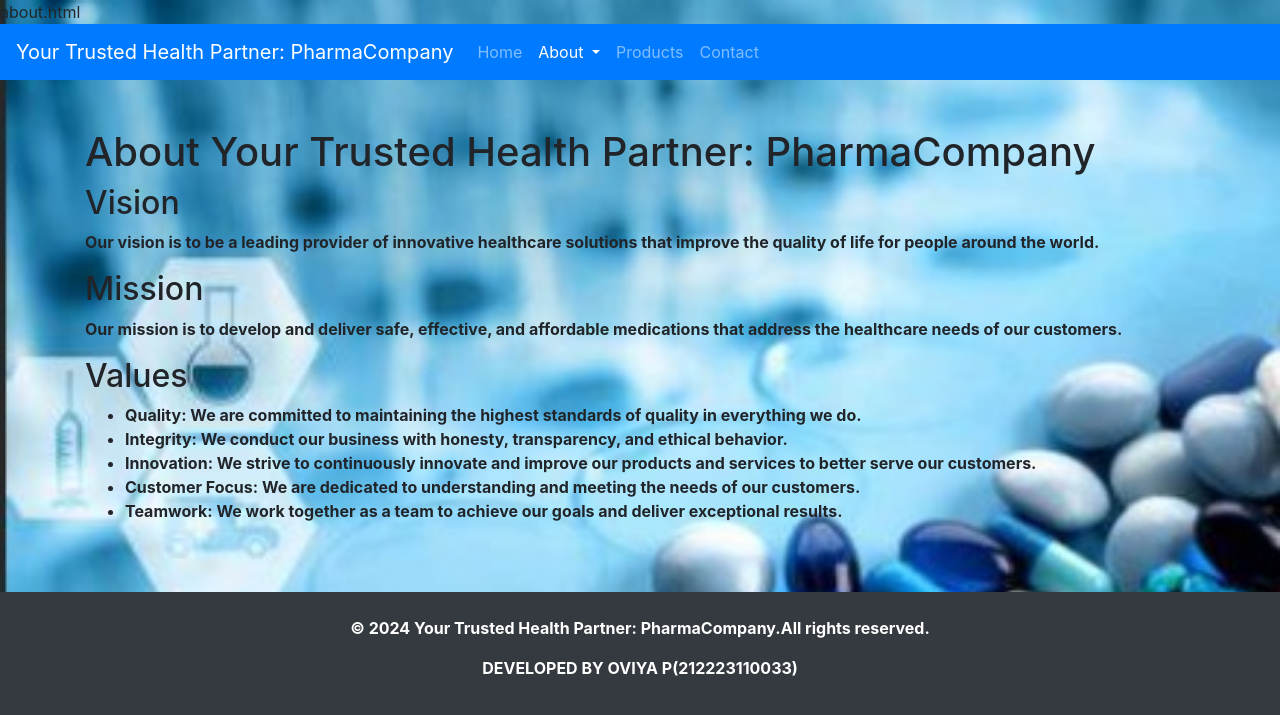
Repository: Oviya24032K6/Pharma
Page: oviya/pharmapp/static/about.html
An editor plug-in stored every save of this project. The page is shown before and after a run of saves, followed by the edit.
The browser window is 1280 px wide. The pictures show the whole page.

Above is the page before, as saved 2024-05-07 08:31:13.

After the next 2 saves:
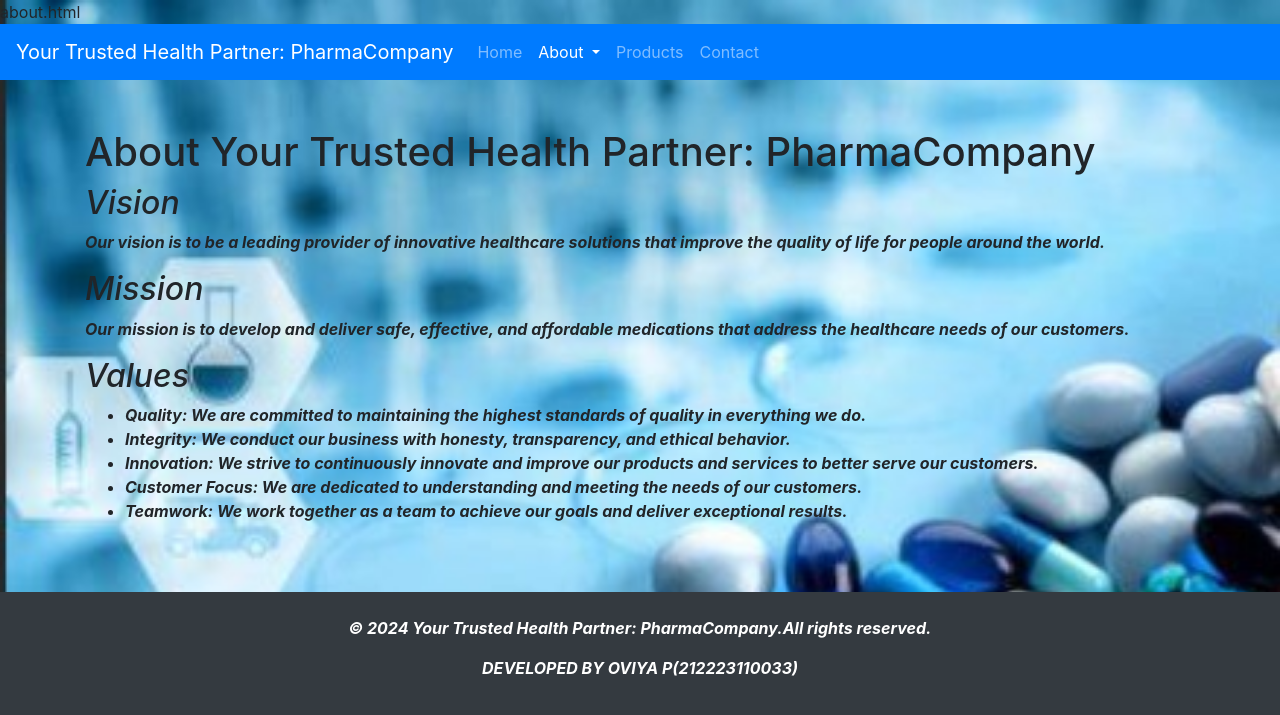
The 2 saves are shown as one change because they came seconds apart.
The last was saved 7 s later.
--- a/oviya/pharmapp/static/about.html
+++ b/oviya/pharmapp/static/about.html
@@ -68,7 +68,7 @@ about.html
     <div class="row">
       <div class="col-md-12">
         <h1>About  Your Trusted Health Partner: PharmaCompany</h1>
-        <div id="HISTORY">
+      <i>  <div id="HISTORY">
           <h2>Vision</h2>
           <p>Our vision is to be a leading provider of innovative healthcare solutions that improve the quality of life for people around the world.</p>
         </div>
